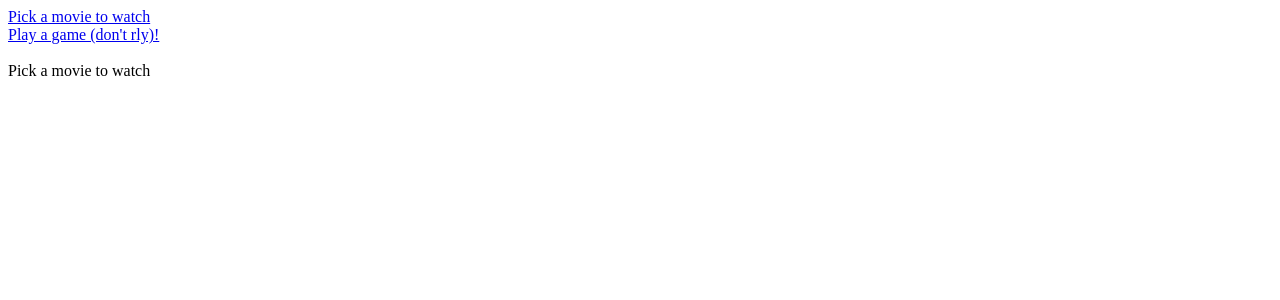
Repository: VladimirJetchev/JavaScriptHomework
Page: HomeworkJS/Task4JS/Task4.html
These files come from the project's save history. The page is drawn as it stood at one moment and after the next save; the edit follows.
The browser window is 1280 px wide. The pictures show the whole page.

Above is the page before, as saved 2016-01-11 18:24:15.

After the next save:
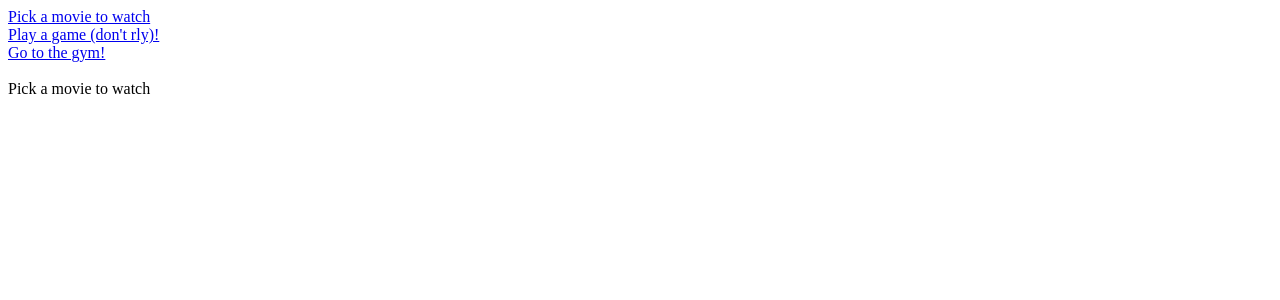
Saved 100 s later.
--- a/HomeworkJS/Task4JS/Task4.html
+++ b/HomeworkJS/Task4JS/Task4.html
@@ -11,6 +11,9 @@
     <div>
     	<a href="http://eune.leagueoflegends.com/" >Play a game (don't rly)!</a>
     </div>
+    <div>
+    	<a href="http://www.pulsefit.bg/" >Go to the gym!</a>
+    </div>
     <br>
     <script>
     document.write(document.getElementsByTagName('a')[0].innerHTML);
